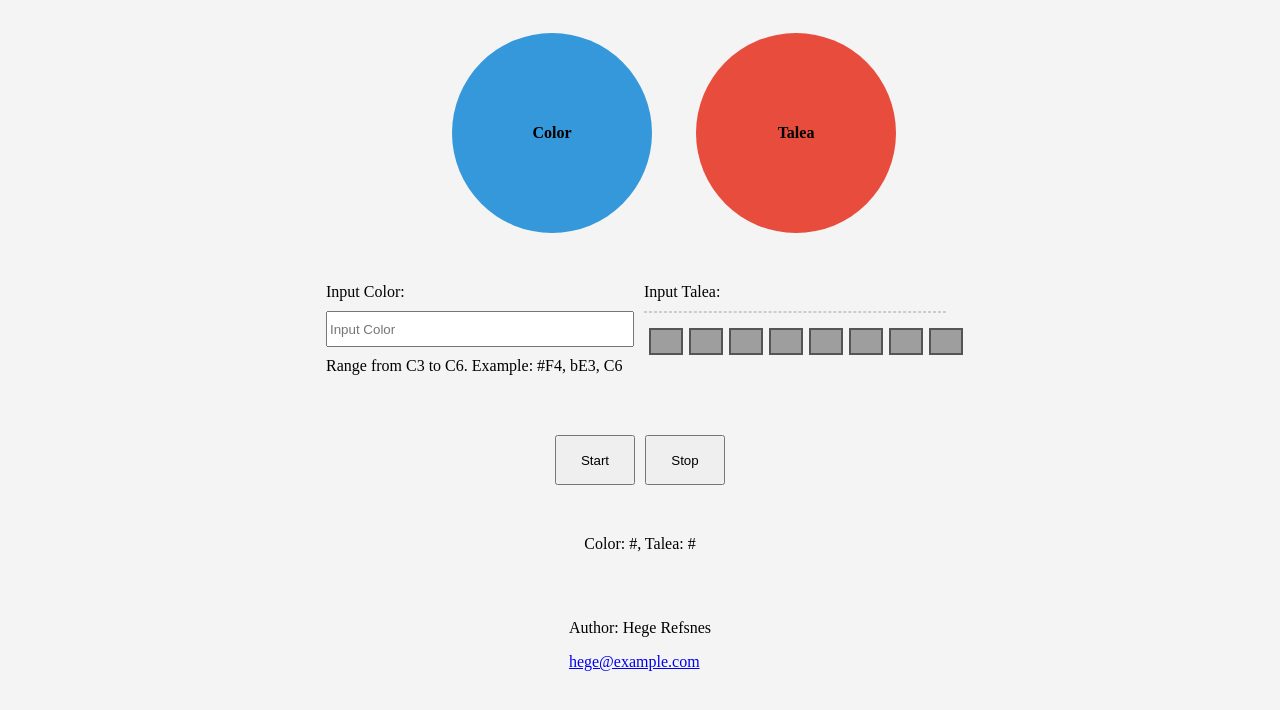
Repository: boshi-an/Isorhythm
Page: .vscode/Isorhythm/index.html
These files come from the project's save history. The page is drawn as it stood at one moment and after the next save; the edit follows.
The browser window is 1280 px wide. The pictures show the whole page.
Pictures or frames that could not be fetched are drawn as grey boxes.

Above is the page before, as saved 2023-10-21 00:31:14.

After the next save:
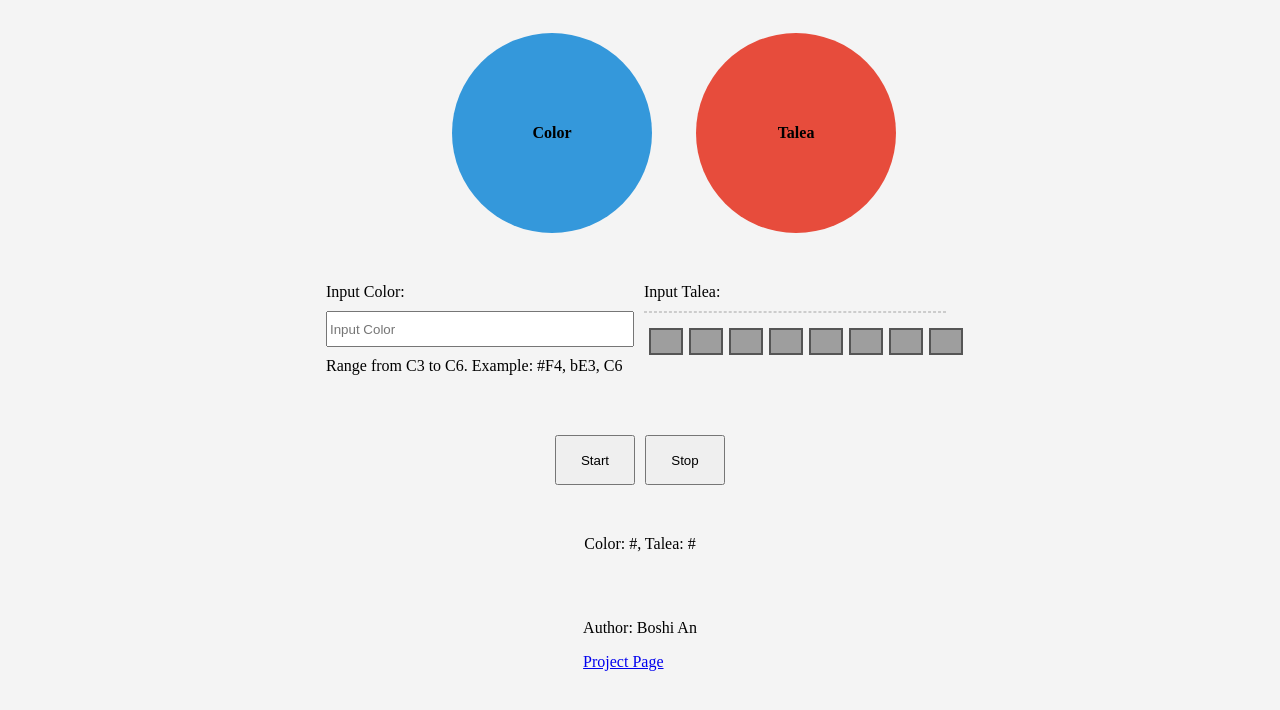
Saved 5 min 1 s later.
--- a/.vscode/Isorhythm/index.html
+++ b/.vscode/Isorhythm/index.html
@@ -48,10 +48,10 @@
     <div class="div" id="display">
         Color: #, Talea: #
     </div>
-    <footer>
-        <p>Author: Hege Refsnes</p>
-        <p><a href="mailto:hege@example.com">hege@example.com</a></p>
-    </footer>
+    <div class="footer">
+        <p>Author: Boshi An</p>
+        <p><a href="https://github.com/boshi-an/Isorhythm">Project Page</a></p>
+    </div>
     <script src="script.js"></script>
 </body>
 
